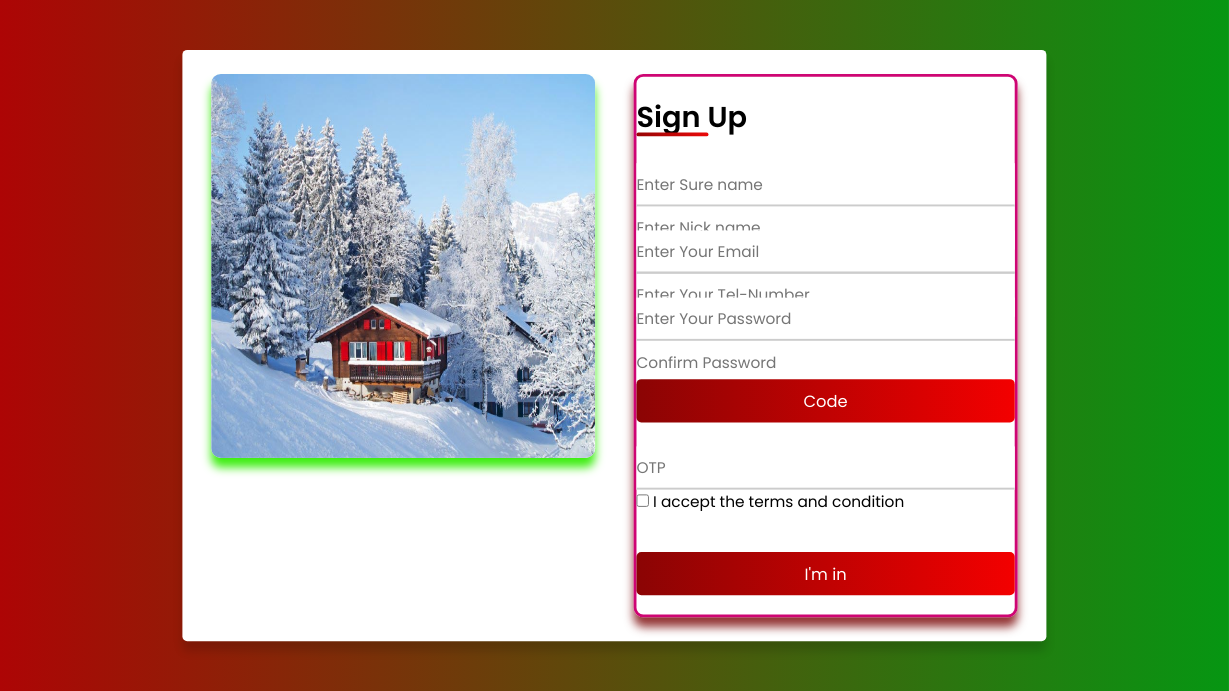
Repository: dev-ashik/Halloween
Page: Reg Page/Index.html
The author's editor kept a copy of each file at every save. The page is drawn from the files as they stood at one save, then again after the next save.
The browser window is 1280 px wide. The pictures show the whole page, at 96% of full size.

Above is the page before, as saved 2021-12-21 22:16:04.

### Reg Page/Index.html
<!DOCTYPE html>
<html lang="en">

<head>
    <meta charset="UTF-8">
    <meta http-equiv="X-UA-Compatible" content="IE=edge">
    <meta name="viewport" content="width=device-width, initial-scale=1.0">
    <title>Regristration page</title>
    <link rel="stylesheet" href="CSS/main.css">
</head>

<body>
    <div class="con">
        <div class="bann">
            <img src="IMG/banner.jpg" alt="">
        </div>
        <div class="form">
            <form action="#">
                <div class="title">Sign Up</div>
                <div class="box">
                    <input type="text" placeholder="Enter Sure name" id="fn" required>
                    <br/><input type="text" placeholder="Enter Nick name" id="ln" required>
                    <div class="underline"></div>
                </div>
                <div class="box underline">
                    <input type="text" placeholder="Enter Your Email" id="mail" required><br/>
                    <input type="text" placeholder="Enter Your Tel-Number" id="number" required>
                    <div class="underline"></div>
                    <!--Email Field with velidation-->
                </div>
                <div class="box">
                    <input type="password" placeholder="Enter Your Password" id="pwd" required><br/>
                    <input type="password" placeholder="Confirm Password" id="pwd" required>
                    <div class="underline"></div>
                    <!--Password Field with velidation-->
                </div>
                <div class="box button">
                    <button onclick="vercod()" id="vc">Code</button>
                    <!--Code form-->
                </div>
                <div class="box">
                    <input type="text" placeholder="OTP" id="otp" required>
                    <div class="underline"></div>
                    <!--Security Code with velidation-->
                </div>
                <div class="Agreement">
                    <input type="checkbox" id="cb" value="Agree">
                    <label for="Agree">I accept the terms and condition</label>
                    <!--Agreement box-->
                </div>
                <div class="box button">
                    <button onclick="sub()">I'm in</button>
                </div>
            </form>
        </div>
    </div>
</body>
<script src="JS/main.js"></script>

</html>

### Reg Page/CSS/main.css
@import url('https://fonts.googleapis.com/css2?family=Poppins:wght@200;300;400;500;600;700&display=swap');
@import url('https://fonts.googleapis.com/css2?family=Poppins:wght@200;300;400;500;600;700&display=swap');
* {
    margin: 0;
    padding: 0;
    box-sizing: border-box;
    font-family: 'Poppins', sans-serif;
}

html,
body {
    display: grid;
    height: 100vh;
    width: 100%;
    place-items: center;
    background: linear-gradient(to right, #ad0505 0%, #069612 100%);
}

 ::selection {
    background: #ff80bf;
}

.con {
    background: #fff;
    max-width: 900px;
    width: 100%;
    padding: 25px 30px;
    border-radius: 5px;
    box-shadow: 0 10px 10px rgba(0, 0, 0, 0.15);
}

.con .bann img {
    float: left;
    width: 400px;
    height: 400px;
    border-radius: 10px;
    box-shadow: 0 10px 10px #40ee14;
}

.con .form {
    float: right;
    border: 3px solid rgb(206, 5, 115);
    border-radius: 10px;
    max-width: 400px;
    width: 100%;
    box-shadow: 0 10px 10px rgba(121, 4, 4, 0.795);
}

.con .form form .title {
    font-size: 30px;
    font-weight: 600;
    margin: 20px 0 10px 0;
    position: relative;
}

.con .form form .title:before {
    content: '';
    position: absolute;
    height: 4px;
    width: 75px;
    left: 0px;
    bottom: 3px;
    border-radius: 5px;
    background: linear-gradient(to right, #960404 0%, #eb0909 100%);
}

.con .form form .box {
    width: 100%;
    height: 45px;
    margin-top: 25px;
    position: relative;
}

.con .form form .box input {
    width: 100%;
    height: 100%;
    outline: none;
    font-size: 16px;
    border: none;
}

.con .form form .underline::before {
    content: '';
    position: absolute;
    height: 2px;
    width: 100%;
    background: #ccc;
    left: 0;
    bottom: 0;
}

.con .form form .underline::after {
    content: '';
    position: absolute;
    height: 2px;
    width: 100%;
    background: linear-gradient(to right, rgb(136, 2, 2) 0%, #f10404 100%);
    left: 0;
    bottom: 0;
    transform: scaleX(0);
    transform-origin: left;
    transition: all 0.3s ease;
}

.con .form form .box input:focus~.underline::after,
.con .form form .box input:valid~.underline::after {
    transform: scaleX(1);
    transform-origin: left;
}

.con .form form .button {
    margin: 40px 0 20px 0;
}

.con .form .box button {
    width: 100%;
    height: 100%;
    outline: none;
    font-size: 16px;
    border: none;
    background: linear-gradient(to right, #8b0404 0%, #f30000 100%);
    font-size: 17px;
    color: #fff;
    border-radius: 5px;
    cursor: pointer;
    transition: all 0.3s ease;
}

.con .form .box button:hover {
    letter-spacing: 1px;
    background: linear-gradient(to left, #8a0404 0%, #fc0707 100%);
}

footer {
    text-align: center;
    font-size: 30px;
    color: greenyellow;
}

footer:hover {
    color: greenyellow;
    text-shadow: 1px 1px 2px black, 0 0 25px rgb(11, 247, 3), 0 0 5px rgb(10, 255, 1);
}

Loaded but not shown: Reg Page/JS/main.js (no stored copy; drawn as an empty file)

After the next save:
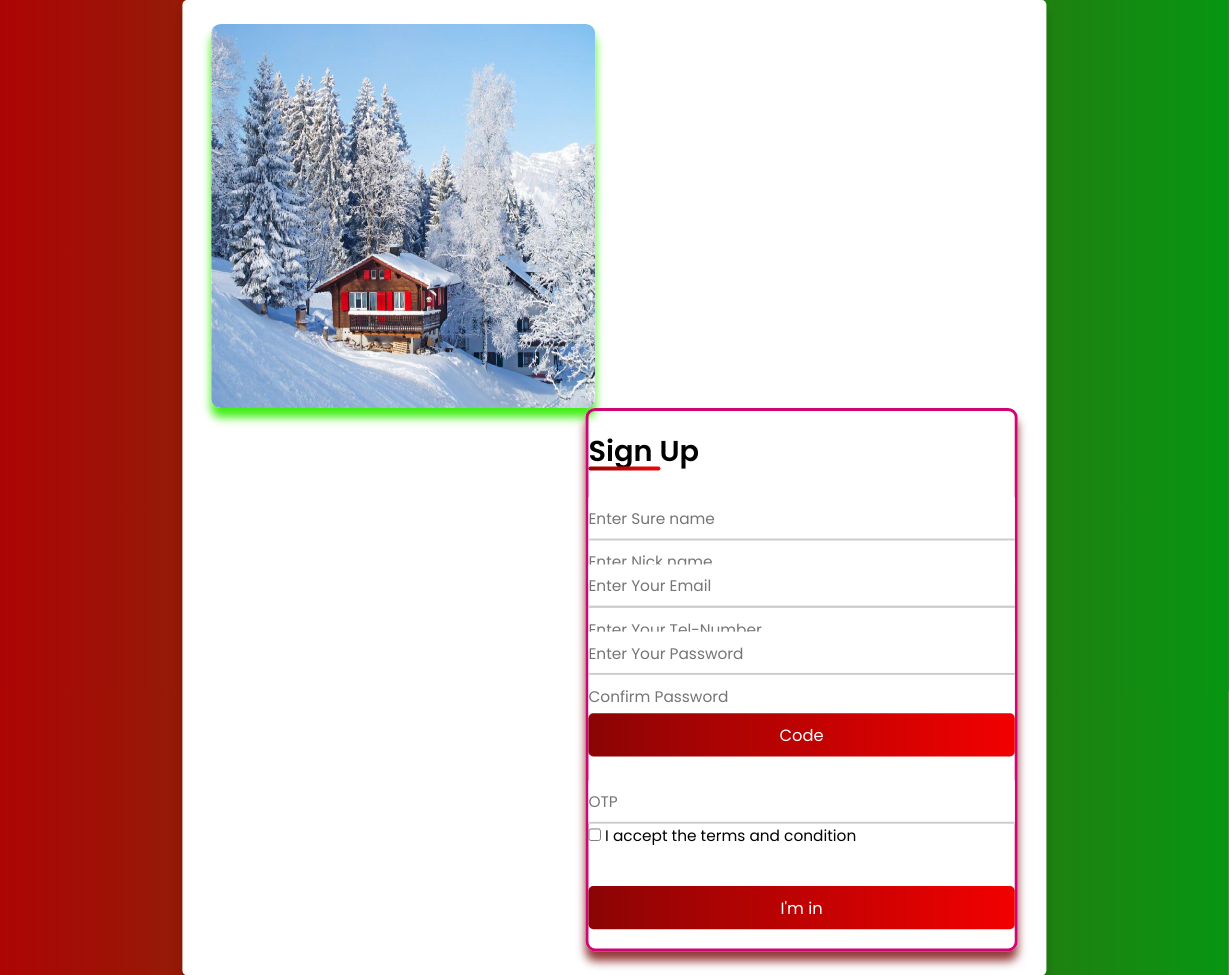
Saved 86 s later.
--- a/Reg Page/CSS/main.css
+++ b/Reg Page/CSS/main.css
@@ -41,7 +41,7 @@
     float: right;
     border: 3px solid rgb(206, 5, 115);
     border-radius: 10px;
-    max-width: 400px;
+    max-width: 450px;
     width: 100%;
     box-shadow: 0 10px 10px rgba(121, 4, 4, 0.795);
 }

After the save that followed:
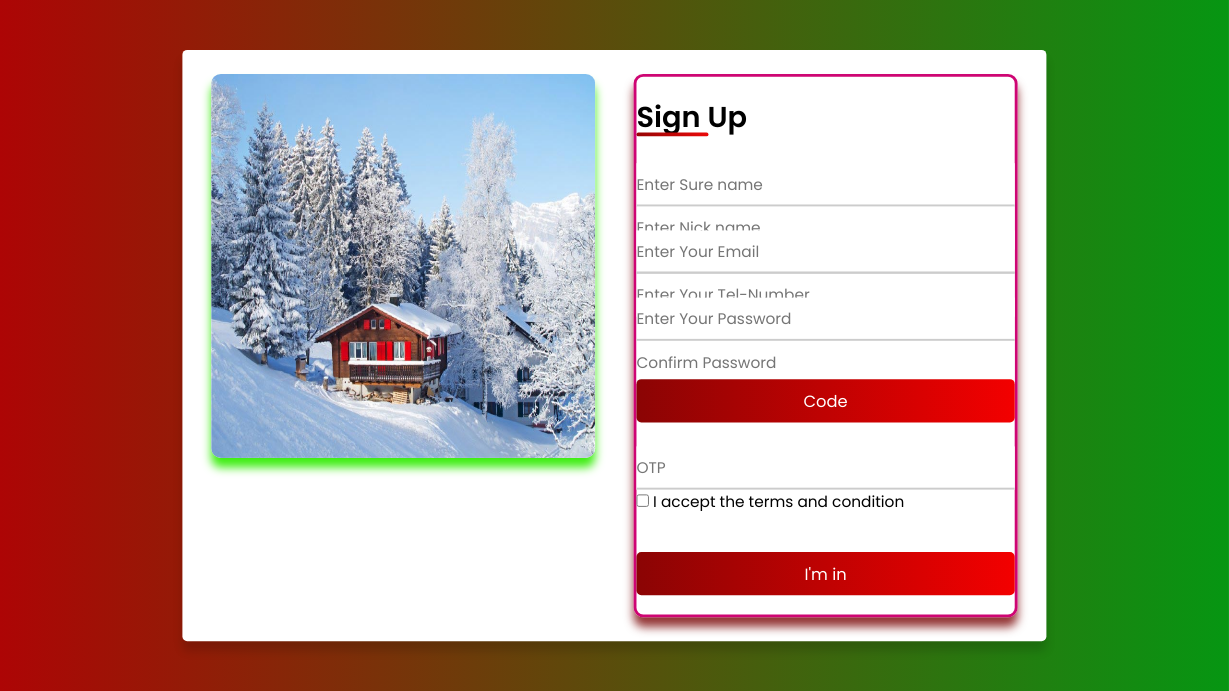
Saved 7 s later.
--- a/Reg Page/CSS/main.css
+++ b/Reg Page/CSS/main.css
@@ -41,7 +41,7 @@
     float: right;
     border: 3px solid rgb(206, 5, 115);
     border-radius: 10px;
-    max-width: 450px;
+    max-width: 400px;
     width: 100%;
     box-shadow: 0 10px 10px rgba(121, 4, 4, 0.795);
 }
